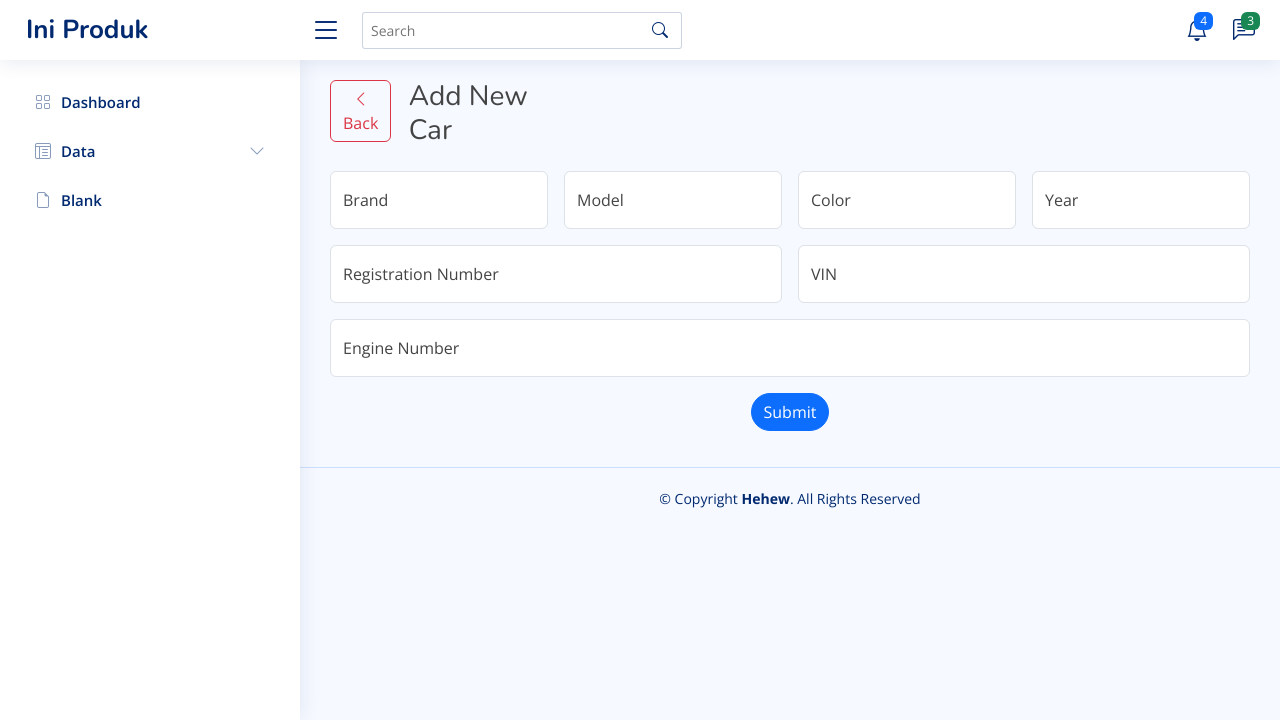
Repository: Jistoper/car_rental
Page: http://localhost/create
These files come from the project's save history. The page is drawn as it stood at one moment and after the next save; the edit follows.
The browser window is 1280 px wide. The pictures show the whole page.
The page is served by the project's Laravel application, run on PHP 8.4 with Laravel 9.

Above is the page before, as saved 2023-06-25 15:19:24.

After the next save:
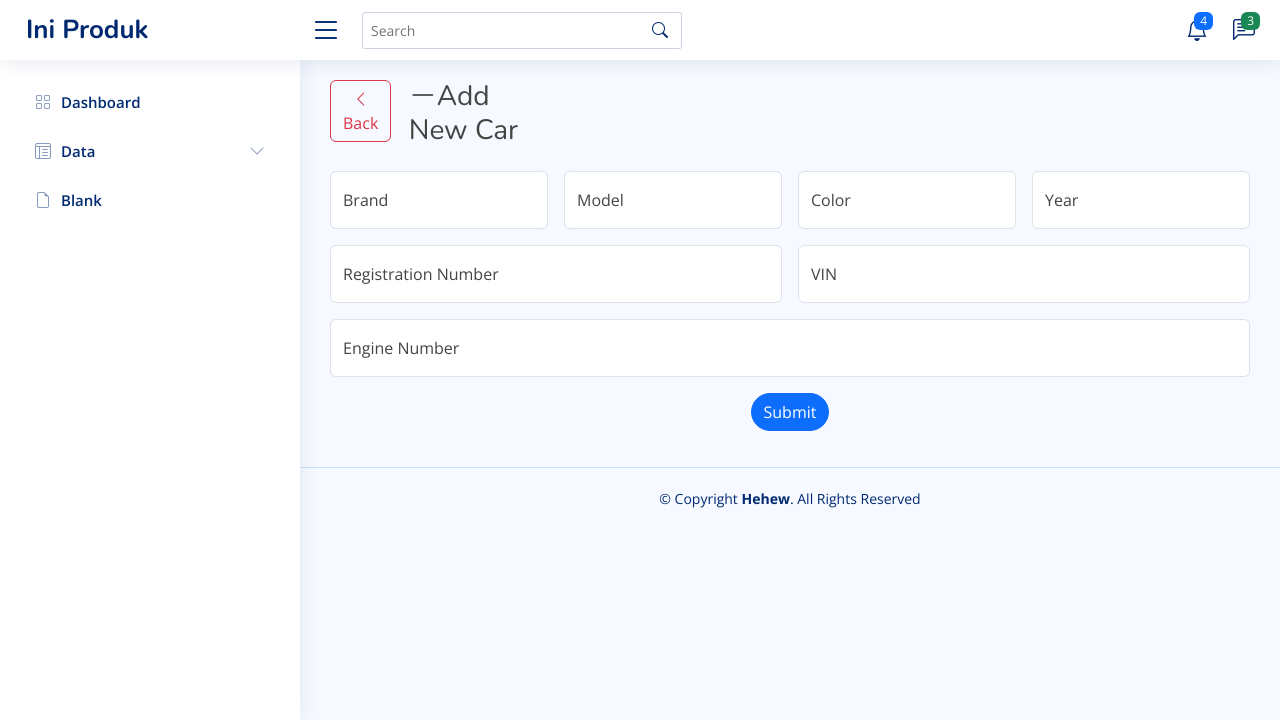
Saved 73 s later.
--- a/resources/views/backsite/content/car/createcar.blade.php
+++ b/resources/views/backsite/content/car/createcar.blade.php
@@ -7,7 +7,7 @@
       <div class="col-md-1">
         <button type="button" href="{{ route('car.getall') }}" class="btn btn-outline-danger bi-chevron-left"> Back</button>
       </div>
-      <h3 class="col-md-2">Add New Car</h3>
+      <h3 class="col-md-2 bi-dash-lg">Add New Car</h3>
     </div>
     <form action="{{ route('car.store') }}" method="POST" class="row g-3">
         @csrf

After the save that followed:
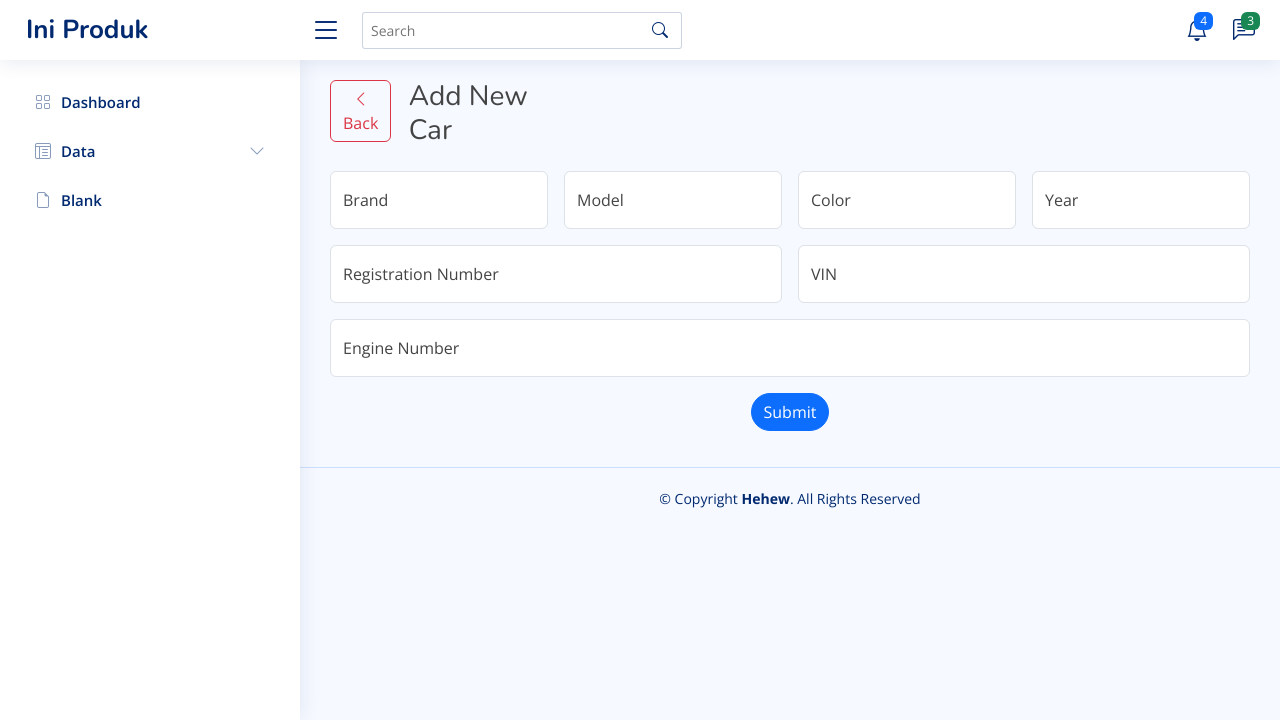
Saved 14 s later.
--- a/resources/views/backsite/content/car/createcar.blade.php
+++ b/resources/views/backsite/content/car/createcar.blade.php
@@ -7,7 +7,7 @@
       <div class="col-md-1">
         <button type="button" href="{{ route('car.getall') }}" class="btn btn-outline-danger bi-chevron-left"> Back</button>
       </div>
-      <h3 class="col-md-2 bi-dash-lg">Add New Car</h3>
+      <h3 class="col-md-2">Add New Car</h3>
     </div>
     <form action="{{ route('car.store') }}" method="POST" class="row g-3">
         @csrf
